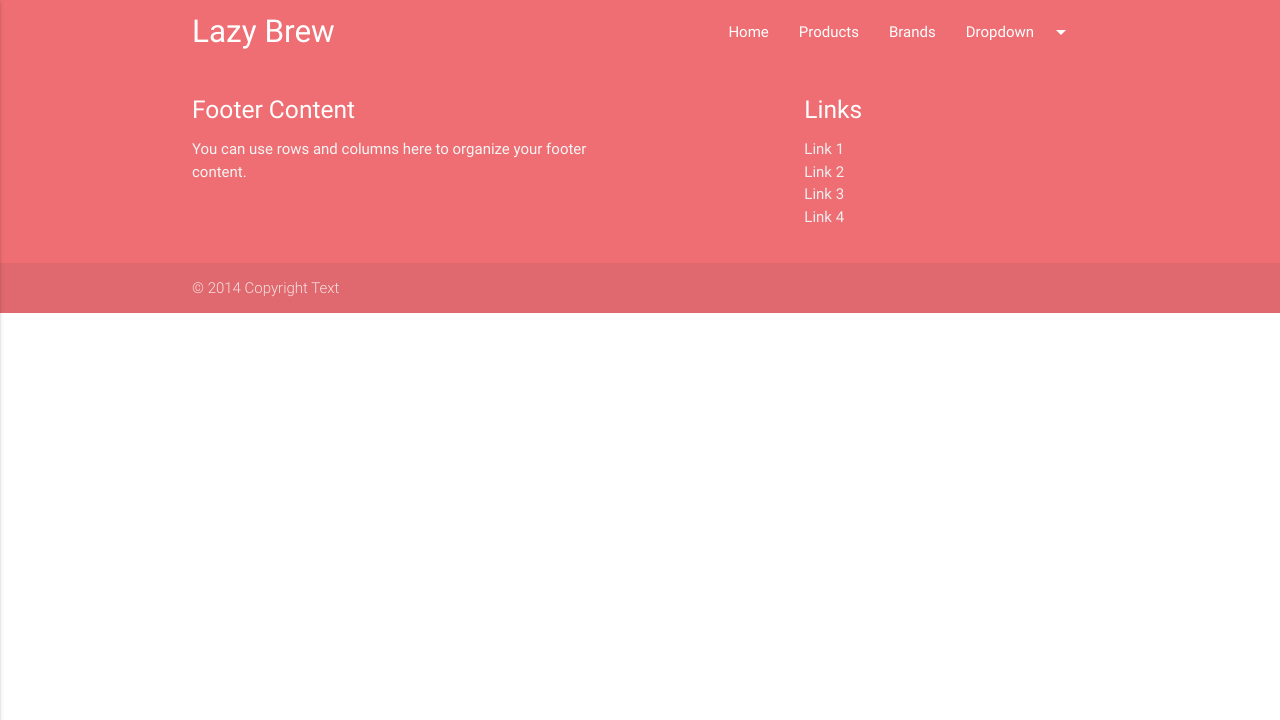
Repository: Leon2ev/lazy-brew
Page: http://localhost/
The author's editor kept a record of every edit. The page is drawn from the files as they stood at one moment, then again after the next edit.
The browser window is 1280 px wide. The pictures show the whole page.
Some web libraries are served in a nearby version. The page is served by the project's application, run on Flask 3 (app.py). Queries for data that is not in the repository find no rows.

Above is the page before.

### templates/index.html
{% extends 'base.html' %}
{% block content %}
    <main>

    </main>

{% endblock %}

### templates/base.html
<!DOCTYPE html>
<html lang="en">
    <head>
        <meta charset="UTF-8">
        <meta name="viewport" content="width=device-width, initial-scale=1.0">
        <meta http-equiv="X-UA-Compatible" content="ie=edge">

        <title>Document</title>

        <link href="https://fonts.googleapis.com/icon?family=Material+Icons" rel="stylesheet">
        <link rel="stylesheet" href="https://cdnjs.cloudflare.com/ajax/libs/materialize/0.100.2/css/materialize.min.css">
        <link rel="stylesheet" href="{{url_for('static', filename='css/style.css')}}" type="text/css">
    </head>
    <body>
        <header>
            <nav>
                <div class="container nav-wrapper">
                    <a href="{{url_for('home_page')}}" class="brand-logo">Lazy Brew</a>
                    <a href="#" data-activates="mobile-demo" class="button-collapse"><i class="material-icons">menu</i></a>
                    <ul class="right hide-on-med-and-down">
                        <li><a href="{{url_for('home_page')}}">Home</a></li>
                        <li><a href="{{url_for('get_products')}}">Products</a></li>
                        <li><a href="{{url_for('get_brands')}}">Brands</a></li>
                        <!-- Dropdown Trigger -->
                        <li><a class="dropdown-button" href="#!" data-activates="dropdown1">Dropdown<i class="material-icons right">arrow_drop_down</i></a></li>
                    </ul>
                    <!-- Dropdown Structure -->
                    <ul id="dropdown1" class="dropdown-content">
                        <li><a href="{{url_for('add_product')}}">Add Product</a></li>
                        <li class="divider"></li>
                        <li><a href="{{url_for('add_brand')}}">Add Brand</a></li>
                    </ul>
                    <ul class="side-nav" id="mobile-demo">
                        <li><a href="{{url_for('home_page')}}">Home</a></li>
                        <li><a href="{{url_for('get_products')}}">Products</a></li>
                        <li><a href="{{url_for('get_brands')}}">Brands</a></li>
                        <!-- Mobile Dropdown Trigger -->
                        <li><a class="dropdown-button" href="#!" data-activates="dropdown2">Dropdown<i class="material-icons right">arrow_drop_down</i></a></li>

                    </ul>
                    <!-- Dropdown Structure -->
                    <ul id="dropdown2" class="dropdown-content">
                        <li><a href="{{url_for('add_product')}}">Add Product</a></li>
                        <li class="divider"></li>
                        <li><a href="{{url_for('add_brand')}}">Add Brand</a></li>
                    </ul>
                </div>
            </nav>
        </header>
        {% block content %}{% endblock %}
        <footer class="page-footer">
            <div class="container">
                <div class="row">
                    <div class="col l6 s12">
                        <h5 class="white-text">Footer Content</h5>
                        <p class="grey-text text-lighten-4">You can use rows and columns here to organize your footer content.</p>
                    </div>
                    <div class="col l4 offset-l2 s12">
                        <h5 class="white-text">Links</h5>
                        <ul>
                            <li><a class="grey-text text-lighten-3" href="#!">Link 1</a></li>
                            <li><a class="grey-text text-lighten-3" href="#!">Link 2</a></li>
                            <li><a class="grey-text text-lighten-3" href="#!">Link 3</a></li>
                            <li><a class="grey-text text-lighten-3" href="#!">Link 4</a></li>
                        </ul>
                    </div>
                </div>
            </div>
            <div class="footer-copyright">
                <div class="container">
                    © 2014 Copyright Text
                </div>
            </div>
        </footer>
        <script src="https://cdnjs.cloudflare.com/ajax/libs/jquery/3.2.1/jquery.min.js"></script>
        <script src="https://cdnjs.cloudflare.com/ajax/libs/materialize/0.100.2/js/materialize.min.js"></script>
        <script type="text/javascript">
            $(document).ready(function() {
                $('select').material_select();
                $(".button-collapse").sideNav();
                $(".dropdown-button").dropdown({
                    belowOrigin: true
                    }
                );
                $('.modal').modal();
            });
        </script>
    </body>
</html>

### app.py
import os
from flask import Flask, render_template, redirect, request, url_for
from flask_pymongo import PyMongo
from bson.objectid import ObjectId

app = Flask(__name__)

# Connection to MongoDB

app.config["MONGO_DBNAME"] = 'beer_brewing'
app.config["MONGO_URI"] = os.getenv('MONGO_URI', 'mongodb://localhost')

mongo = PyMongo(app)

# App routes ------------------------------------------------------------

@app.route('/')

# Home page

@app.route('/home_page')
def home_page():
    return render_template("index.html",
    types=mongo.db.types.find())
# Product Routes
# Product selection

@app.route('/get_products')
def get_products():
    return render_template("products.html",
    products=mongo.db.products.find())

# Single product description

@app.route('/get_description/<product_id>')
def get_description(product_id):
    return render_template("description.html",
    brands=mongo.db.brands.find(),
    types=mongo.db.types.find(),
    product=mongo.db.products.find_one({"_id": ObjectId(product_id)}))

# Add product

@app.route('/add_product')
def add_product():
    return render_template("addproduct.html",
    brands=mongo.db.brands.find(),
    types=mongo.db.types.find())

# Proceed inserted data to mongo

@app.route('/insert_product', methods=["POST"])
def insert_product():
    products=mongo.db.products
    brand_id = request.form.get('brand_id')
    type_id = request.form.get('type_id')
    dictionary = {
        'name': request.form.get('name'),
        'brand_id': ObjectId(brand_id),
        'image_url': request.form.get('image_url'),
        'type_id': ObjectId(type_id),
        'about': request.form.get('about'),
        'abv': request.form.get('abv'),
        'amount': request.form.get('amount'),
        'gluten': request.form.get('gluten')
    }

    products.insert_one(dictionary)
    return redirect(url_for('get_products'))

# Edit product

@app.route('/edit_product/<product_id>')
def edit_product(product_id):
    return render_template("editproduct.html",
    product=mongo.db.products.find_one({"_id": ObjectId(product_id)}),
    brands=mongo.db.brands.find(),
    types=mongo.db.types.find())

# Update product

@app.route('/update_product/<product_id>', methods=["POST"])
def update_product(product_id):
    products=mongo.db.products
    brand_id = request.form.get('brand_id')
    type_id = request.form.get('type_id')
    products.update({'_id': ObjectId(product_id)},
    {
        'name': request.form.get('name'),
        'brand_id': ObjectId(brand_id),
        'image_url': request.form.get('image_url'),
        'type_id': ObjectId(type_id),
        'about': request.form.get('about'),
        'abv': request.form.get('abv'),
        'amount': request.form.get('amount'),
        'gluten': request.form.get('gluten')
    })
    return redirect(url_for('get_products'))

# Delete product

@app.route('/delete_product/<product_id>')
def delete_product(product_id):
    mongo.db.products.remove({'_id': ObjectId(product_id)})
    return redirect(url_for('get_products'))

# Brand Routes
# Add Brand

@app.route('/get_brands')
def get_brands():
    return render_template("brands.html",
    brands=mongo.db.brands.find())

@app.route('/add_brand')
def add_brand():
    return render_template("addbrand.html")

# Proceed inserted data to mongo

@app.route('/insert_brand', methods=["POST"])
def insert_brand():
    brands=mongo.db.brands
    brands.insert_one(request.form.to_dict())
    return redirect(url_for('get_brands'))

# Edit brand

@app.route('/edit_brand/<brand_id>')
def edit_brand(brand_id):
    return render_template("editbrand.html",
    brand=mongo.db.brands.find_one({"_id": ObjectId(brand_id)}))

# Update brand

@app.route('/update_brand/<brand_id>', methods=["POST"])
def update_brand(brand_id):
    brands=mongo.db.brands
    brands.update({'_id': ObjectId(brand_id)},
    {
        'name': request.form.get('name'),
        'country': request.form.get('country'),
        'website_URL': request.form.get('website_URL'),
        'instruction_URL': request.form.get('instruction_URL'),
    })
    return redirect(url_for('get_brands'))

# Delete brand

@app.route('/delete_brand/<brand_id>')
def delete_brand(brand_id):
    mongo.db.brands.remove({'_id': ObjectId(brand_id)})
    return redirect(url_for('get_brands'))

if __name__ == "__main__":
    app.run(host=os.environ.get('IP'),
        port=int(os.environ.get('PORT')),
        debug=True)

### static/css/style.css
.bg-cont {
    background-image: url(https://i.imgur.com/eu922bu.jpg);
    background-repeat: no-repeat;
    background-position: center center;
    background-attachment: fixed;
    background-size: cover;
    height: 100%;
    width: auto;

}

After the next edit:
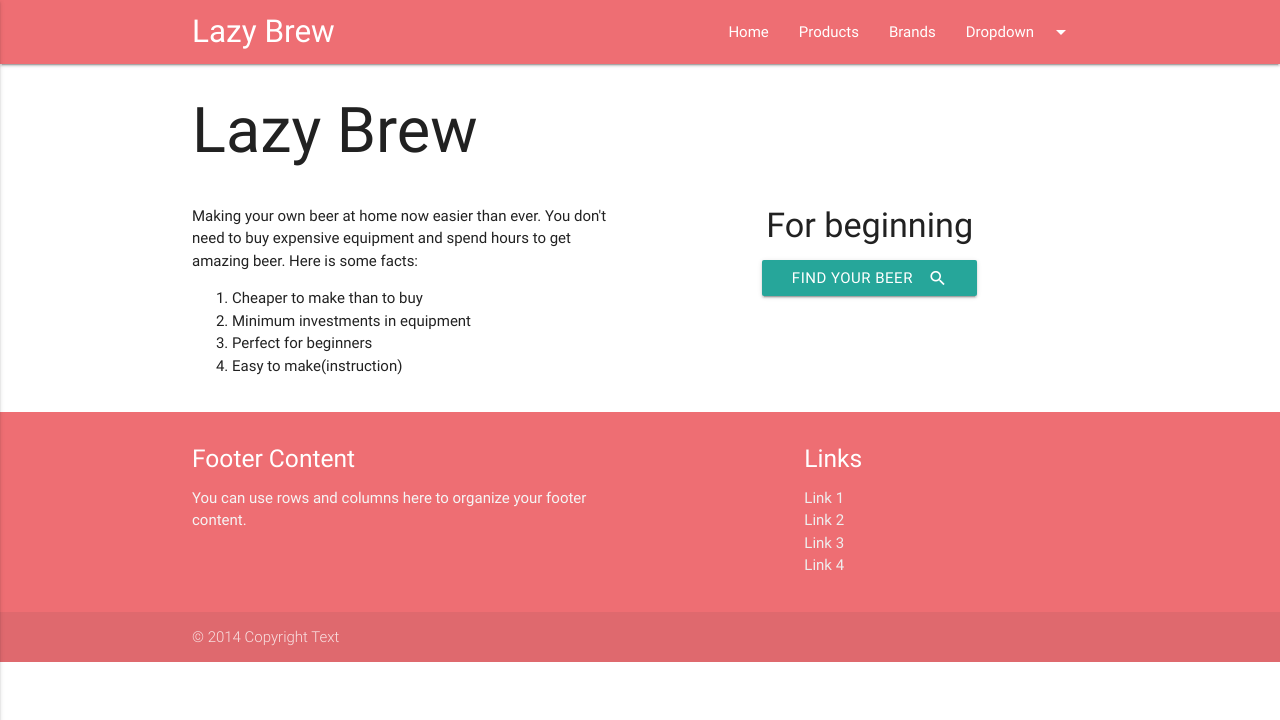
The edit:
--- a/templates/index.html
+++ b/templates/index.html
@@ -1,7 +1,34 @@
 {% extends 'base.html' %}
 {% block content %}
     <main>
-
+        <div class="container">
+            <div class="row">
+                <div class="col s12">
+                    <h1>Lazy Brew</h1>
+                </div>
+                <div class="col s12 l6">
+                    <p>
+                        Making your own beer at home now easier than ever. You don't
+                        need to buy expensive equipment and spend hours to get amazing
+                        beer. Here is some facts:
+                    </p>
+                    <ol>
+                        <li>Cheaper to make than to buy</li>
+                        <li>Minimum investments in equipment</li>
+                        <li>Perfect for beginners</li>
+                        <li>Easy to make(instruction)</li>
+                    </ol>
+                </div>
+                <div class="col s12 l6">
+                    <h4 class="center-align">For beginning</h4>
+                    <p class="center-align">
+                        <a class="waves-effect waves-light btn" href="{{url_for('get_products')}}">Find your beer
+                            <i class="material-icons right">search</i>
+                        </a>
+                    </p>
+                </div>
+            </div>
+        </div>
     </main>
 
 {% endblock %}
